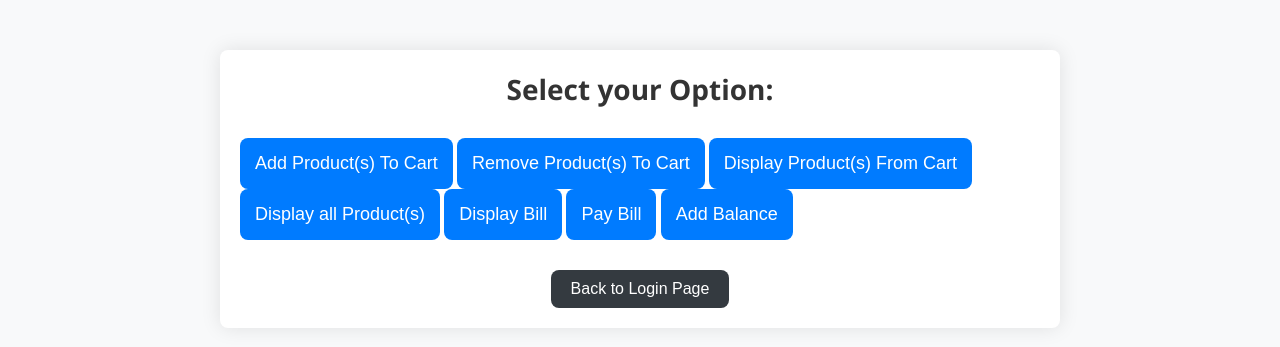
Repository: palakbari/Spring-MVC
Page: http://localhost/ShoppingSystem/customer_menu.jsp
The author's editor kept a copy of each file at every save. The page is drawn from the files as they stood at one save, then again after the next save.
The browser window is 1280 px wide. The pictures show the whole page.
The page is served by Tomcat 9.

Above is the page before, as saved 2024-05-23 12:01:40.

After the next save:
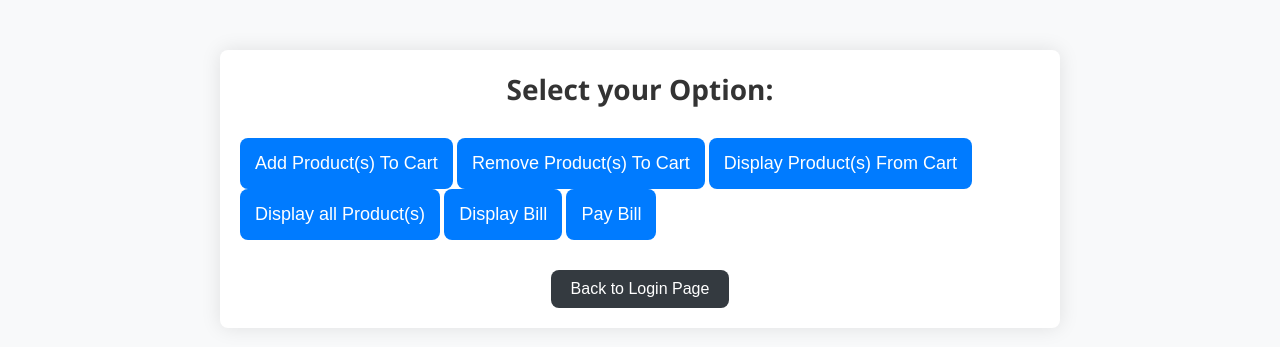
Saved 5 min 43 s later.
--- a/ShoppingSystem/src/main/webapp/customer_menu.jsp
+++ b/ShoppingSystem/src/main/webapp/customer_menu.jsp
@@ -82,7 +82,6 @@
                 <button onclick="form.action='displayProductsToCustomer'" class="button">Display all Product(s)</button>
                 <button onclick="form.action='displayBill'" class="button">Display Bill</button>
                 <button onclick="form.action='payBill'" class="button">Pay Bill</button>
-                <button onclick="form.action='addBalance'" class="button">Add Balance</button>
             </form>
         </div>
         <div class="back-button">
